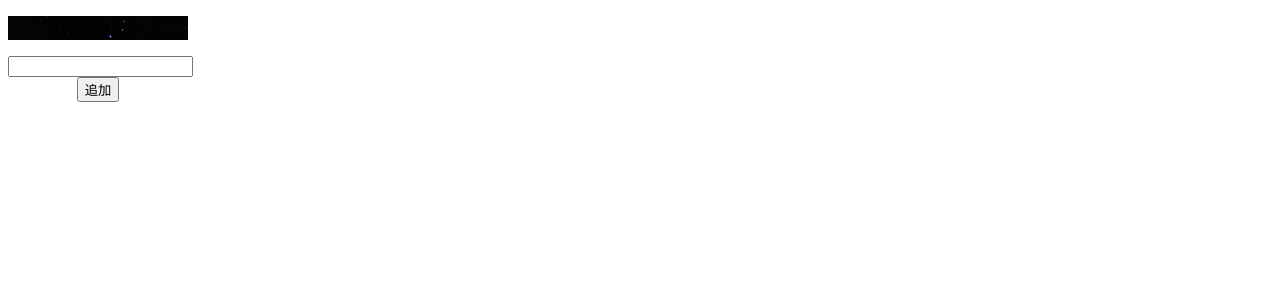
Repository: kntb2565/todolist
Page: src/index.html
An editor plug-in stored every save of this project. The page is shown before and after the next save, followed by the edit.
The browser window is 1280 px wide. The pictures show the whole page.

Above is the page before, as saved 2018-10-21 13:58:21.

After the next save:
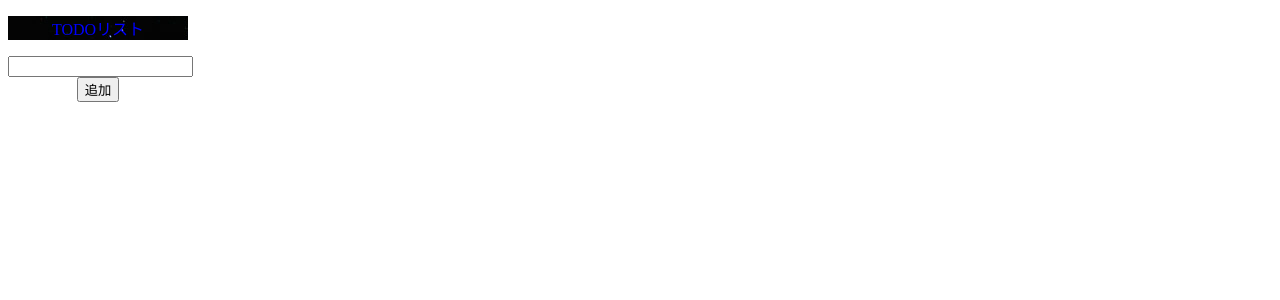
Saved 65 s later.
--- a/src/css/styles.css
+++ b/src/css/styles.css
@@ -13,4 +13,6 @@ h1{
 
  p{
     background-image: url(img/utyu3.jpg);
+    color: blue;
+    text-align: center;
  }
